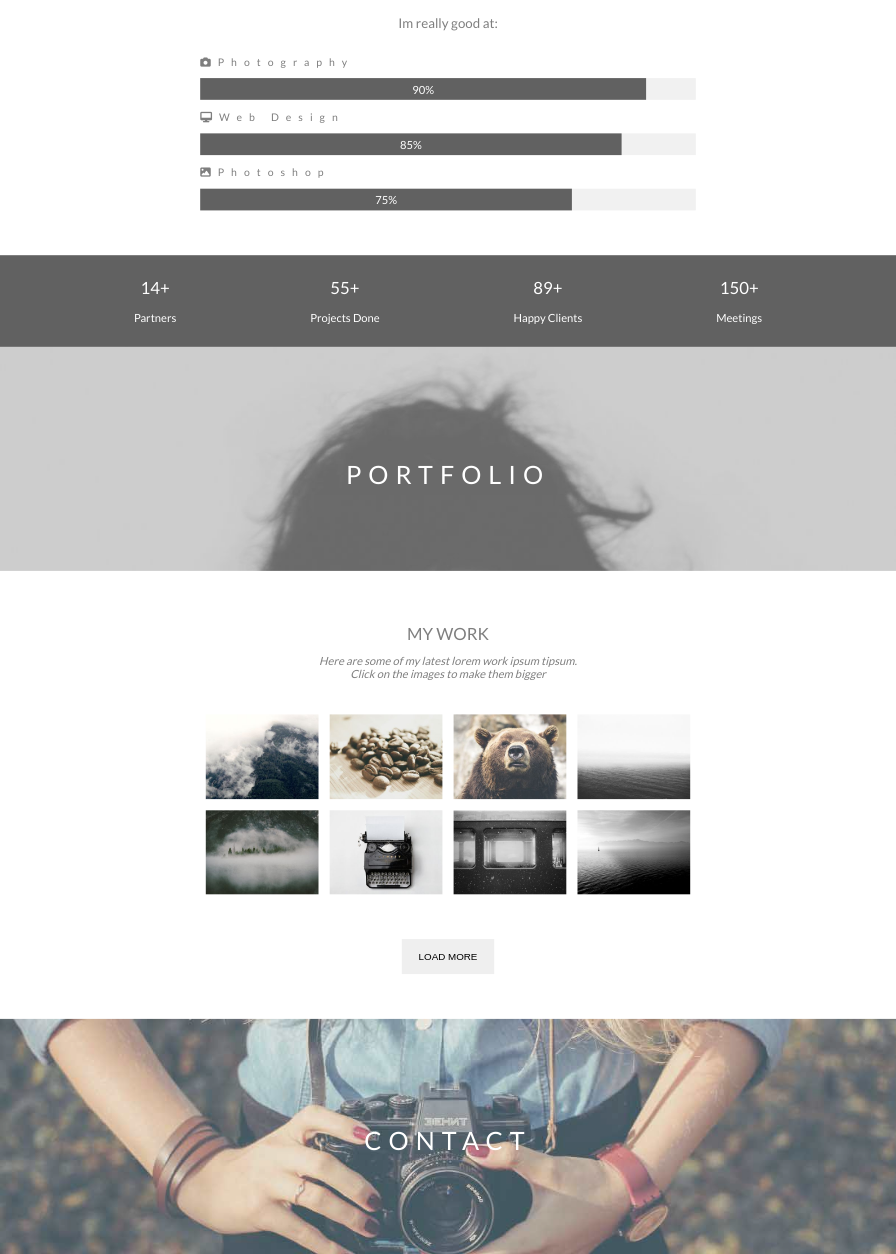
Repository: xd25vn/project-error
Page: index.html
These files come from the project's save history. The page is drawn as it stood at one moment and after the next save; the edit follows.
The browser window is 1280 px wide. The pictures show the part of the page from y = 1471 to 3391 px (the page is 3263 px tall before and 3391 px after), at 70% of full size.

Above is the page before, as saved 2023-09-03 17:15:52.

### index.html
<html lang="en">
<head>
    <meta charset="UTF-8">
    <meta name="viewport" content="width=device-width, initial-scale=1.0">
    <title>TEMPLATE PARALLAX</title>
    <link rel="stylesheet" href="./assets/base.css">
    <link rel="stylesheet" href="./assets/main.css">
    <link rel="stylesheet" href="https://fonts.googleapis.com/css?family=Lato">
    <link rel="stylesheet" href="./assets/font/fontawesome-free-6.4.0-web/fontawesome-free-6.4.0-web/css/all.min.css">
</head>
<body>
    <!--! HEADER -->
    <header>
        <!--? NAV -->
        <ul id="nav">
            <li><a href="#">Home</a></li>
            <li><a href="#"><i class="fa-solid fa-user"></i>About</a></li>
            <li><a href="#"><i class="fa fa-th"></i>Portfolio</a></li>
            <li><a href="#"><i class="fa-solid fa-envelope"></i>contact</a></li>
        </ul>
        <div class="nav-icon-search">
            <i class="fa-solid fa-magnifying-glass"></i>
        </div>
        <!--? NAV -->
    </header>
    <!--! HEADER -->
    <!--& SIDEBAR -->
    <div id="sidebar">
        <div class="sidebar-img-one"></div>
        <div class="sidebar-text-one">
            <span>MY WEBSITE LOGO</span>
        </div>
    </div>
    <!-- & SIDEBAR -->
    <div id="content">
        <div id="about">
            <h3 class="heading-section">ABOUT ME</h3>
            <p class="sub-heading-section">I love photography</p>
            <p class="about-section">We have created a fictional "personal" website/blog, and our fictional character is a hobby photographer. Lorem ipsum dolor sit amet, consectetur adipiscing elit, sed do eiusmod tempor incididunt ut labore et dolore magna aliqua. Ut enim ad minim veniam, quis nostrud exercitation ullamco laboris nisi ut aliquip ex ea commodo consequat. Duis aute irure dolor in reprehenderit in voluptate velit esse cillum dolore eu fugiat nulla pariatur. Excepteur sint occaecat cupidatat non proident, sunt in culpa qui officia deserunt mollit anim id est laborum consectetur adipiscing elit, sed do eiusmod tempor incididunt ut labore et dolore magna aliqua. Ut enim ad minim veniam, quis nostrud exercitation ullamco laboris nisi ut aliquip ex ea commodo consequat.</p>

            <div id="per-dec-one">
                <div class="per-img-one">
                    <div class="heading-per-one">
                        <b><i class="fa fa-user w3-margin-right"></i>My Name</b>
                    </div>
                    <br>
                    <div class="per-img">
                        <img src="./assets/image/per-dec-img/avatar_hat.jpg" alt="AVATER HAT">
                    </div>
                </div>

                <div class="per-text-one">
                    <p>Welcome to my website. I am lorem ipsum consectetur adipiscing elit, sed do eiusmod tempor incididunt ut labore et dolore magna aliqua. Ut enim ad minim veniam, quis nostrud exercitation ullamco laboris nisi ut aliquip ex ea commodo consequat. Duis aute irure dolor in reprehenderit in voluptate velit esse cillum dolore eu fugiat nulla pariatur. Excepteur sint occaecat cupidatat non proident, sunt in culpa qui officia deserunt mollit anim id est laborum consectetur adipiscing elit, sed do eiusmod tempor incididunt ut labore et dolore magna aliqua. Ut enim ad minim veniam, quis nostrud exercitation ullamco laboris nisi ut aliquip ex ea commodo consequat.</p>
                </div>
            </div>

            <div class="rate">
                <div class="rate-heading-one">
                        <p>Im really good at:</p>
                </div>
                <div class="wrapper-rate">
                    <div class="rate-section">
                        <div class="rate-section-text-one">
                            <p><i class="fa-solid fa-camera"></i>Photography</p>
                        </div>
                        <div class="rate-section-bg">
                            <div class="rate-section-sub-bg-one">
                                <p>90%</p>
                            </div>
                        </div>
                    </div>

                    <div class="rate-section">
                        <div class="rate-section-text-one">
                            <p><i class="fa-sharp fa-solid fa-desktop"></i>Web Design</p>
                        </div>
                        <div class="rate-section-bg">
                            <div class="rate-section-sub-bg-two">
                                <p>85%</p>
                            </div>
                        </div>
                    </div>

                    <div class="rate-section">
                        <div class="rate-section-text-one">
                            <p><i class="fa-solid fa-image"></i>Photoshop</p>
                        </div>
                        <div class="rate-section-bg">
                            <div class="rate-section-sub-bg-three">
                                <p>75%</p>
                            </div>
                        </div>
                    </div>
                </div>
            </div>
        </div>

        <div class="sum-number">
            <div class="value-section">
                <p class="heading-value">14+</p><br>
                <p>Partners</p>
            </div>

            <div class="value-section">
                <p class="heading-value">55+</p><br>
                <p>Projects Done</p>
            </div>

            <div class="value-section">
                <p class="heading-value">89+</p><br>
                <p>Happy Clients</p>
            </div>

            <div class="value-section">
                <p class="heading-value">150+</p><br>
                <p>Meetings</p>
            </div>
        </div>

        <div class="portfolio">
            <div class="heading-text">
                <p>PORTFOLIO</p>
            </div>
        </div>

        <div id="my-work">
            <div class="heading-work-one">
                <h3>MY WORK</h3>
            </div>

            <div class="sub-heading-work-one">
                <p>Here are some of my latest lorem work ipsum tipsum.<br>
                    Click on the images to make them bigger</p>
            </div>
            <br>
            <div class="work-list-img">
                <div class="work-list-img-one">
                    <div class="work-img-com">
                        <img src="./assets/image/work-list-img/p1.jpg" style="width: 100%;" alt="NONE">
                    </div>

                    <div class="work-img-com">
                        <img src="./assets/image/work-list-img/p2.jpg" style="width: 100%;" alt="NONE">
                    </div>

                    <div class="work-img-com">
                        <img src="./assets/image/work-list-img/p3.jpg" style="width: 100%;" alt="NONE">
                    </div>

                    <div class="work-img-com">
                        <img src="./assets/image/work-list-img/p4.jpg" style="width: 100%;" alt="NONE">
                    </div>
                </div>
                <div class="work-list-img-two">
                    <div class="work-img-com">
                        <img src="./assets/image/work-list-img/p5.jpg" style="width: 100%;" alt="NONE">
                    </div>

                    <div class="work-img-com">
                        <img src="./assets/image/work-list-img/p6.jpg" style="width: 100%;" alt="NONE">
                    </div>

                    <div class="work-img-com">
                        <img src="./assets/image/work-list-img/p7.jpg" style="width: 100%;" alt="NONE">
                    </div>

                    <div class="work-img-com">
                        <img src="./assets/image/work-list-img/p8.jpg" style="width: 100%;" alt="NONE">
                    </div>
                </div>
                <div class="work-btn">
                    <button>LOAD MORE</button>
                </div>
            </div>
        </div>

        <div id="contact">
            <p>CONTACT</p>
        </div>

        <div id="map-work">

        </div>
    </div>

    <footer id="footer">

    </footer>
</body>
</html>

### assets/base.css
* {
    margin: 0;
    padding: 0;
    box-sizing: border-box;
}
body {
    background-color: #fff;
    font-family: "Lato", sans-serif;
}

### assets/main.css
header {
    height: 43px;
    width: 100%;
    background-color: #fff;
    box-shadow: 0 0 10px rgba(0, 0, 0, 0.6);
    position: fixed;
    z-index: 1;
}

header #nav {
    display: flex;
    list-style: none;
    align-items: center;
    position: relative;
}

header #nav li {
    padding: 14px 16px;
    display: block;
}

header #nav li i {
    padding-right: 4px;
}

header
#nav
li a {
    text-decoration: none;
    color: #000;
    font-size: 15px;
    text-transform: uppercase;
}

header
#nav
li:hover {
    background: #ccc;
    cursor: pointer;
}

header
.nav-icon-search
i {
    position: absolute;
    top: 0;
    right: 0;
    padding: 14px 16px;
    text-align: center;
}

header .nav-icon-search:hover i {
    background-color: #f44336 !important;
    color: #fff;
    display: block;
    cursor: pointer;
}

#sidebar .sidebar-img-one {
    background: url(../assets/image/sidebar1.jpg) center / cover no-repeat;
    padding-top: calc(27% - 10.18px);
    opacity: 0.7;
    position: relative;
}

#sidebar .sidebar-text-one {
    background-color: #000 !important;
    position: absolute;
    padding: 12px 24px;
    left: 50%;
    transform: translateX(-50%);
    top: 23%;
    opacity: 0.8;
}

#sidebar .sidebar-text-one span {
    color: #fff;
    font-size: 24px;
    letter-spacing: 10;
}

#content #about {
    margin: 0px 270px;
    padding: 64px 16px;
}

#content #about .heading-section {
    margin: 10px 0px;
    font-size: 24px;
    font-weight: 400;
    text-align: center;
    opacity: 0.5;
}

#content #about .sub-heading-section {
    margin: 15px 0px;
    font-style: italic;
    text-align: center;
    opacity: 0.5;
}

#content #about .about-section {
    margin: 15px 0px;
    line-height: 1.8;
    opacity: 0.5;
}

#content #per-dec-one {
    display: flex;
}

#content #per-dec-one .per-img-one {
    padding: 12px 24px;
    text-align: center;
}

#content #per-dec-one .per-img-one .heading-per-one {
    margin: 15px 0px;
    font-size: 15px;
    opacity: 0.5;
}

#content #per-dec-one .per-img-one .heading-per-one i {
    padding-right: 8px;
}

#content #per-dec-one .per-img {
    width: 100%;
}

#content #per-dec-one .per-img img {
    height:  284px;
    width: 426px;
    opacity: 0.5;
}

#content #per-dec-one .per-img-one .per-img img:hover {
    opacity: 1;
}

#content #per-dec-one .per-text-one {
    margin: 15px 0;
    padding: 12px 24px;
    opacity: 0.5;
}

#content #per-dec-one .per-text-one p {
    line-height: 1.5;
}

#content .rate .rate-heading-one {
    margin: 18px 0px;
    padding: 16px 0px;
    text-align: center;
}

#content .rate .rate-heading-one p {
    font-size: 19px;
    opacity: 0.5;
}

.rate .rate-section .rate-section-text-one {
    margin: 15px 0;
}

.rate .rate-section .rate-section-text-one p {
    letter-spacing: 10px;
    font-size: 15px;
    opacity: 0.5;
}

.rate .rate-section .rate-section-bg {
    background-color: #f1f1f1;
    width: 100%;
}

.rate .rate-section .rate-section-bg .rate-section-sub-bg-one {
    background-color: #616161;
    width: 90%;
    padding: 6px 8px;
    text-align: center;
}

.rate .rate-section .rate-section-bg .rate-section-sub-bg-two {
    background-color: #616161;
    width: 85%;
    padding: 6px 8px;
    text-align: center;
}

.rate .rate-section .rate-section-bg .rate-section-sub-bg-three {
    background-color: #616161;
    width: 75%;
    padding: 6px 8px;
    text-align: center;
}

.rate .rate-section .rate-section-bg p {
    color: #fff;
}

#content .sum-number {
    display: flex;
    justify-content: space-evenly;
    background-color: #616161;
    padding: 16px 0px;
    text-align: center;
}

#content .sum-number .value-section {
    color: #fff;
    margin: 16px 0px;
}

#content .sum-number .value-section .heading-value {
    font-size: 24px;
}

#content .portfolio {
    background: url(../assets/image/parallax2.jpg) center / cover no-repeat;
    padding-top: 25%;
    width: 100%;
    opacity: 0.8;
    position: relative;
}

#content .portfolio .heading-text {
    position: absolute;
    top: 50%;
    left: 50%;
    transform: translateY(-50%);
    transform: translateX(-50%);
}

#content .portfolio .heading-text p {
    color: #fff;
    font-size: 36px;
    letter-spacing: 10px;
}

#content #my-work {
    margin: 0px 270px;
    padding: 64px 16px;
}

#content #my-work .heading-work-one {
    margin: 10px 0px;
    text-align: center;
}

#content #my-work .heading-work-one h3 {
    font-size: 24px;
    font-weight: 400;
    opacity: 0.5;
}

#content #my-work .sub-heading-work-one {
    text-align: center;
    margin: 15px 0px;
}

#content #my-work .sub-heading-work-one p {
    font-style: italic;
    opacity: 0.5;
}

#content #my-work .work-list-img .work-img-com {
    padding: 0px 8px;
    width: 25%;
}

#content #my-work .work-list-img .work-img-com:hover img {
    opacity: 0.7;
}

#content #my-work .work-list-img .work-list-img-one {
    display: inline-flex;
    margin-top: 15px;
}

#content #my-work .work-list-img .work-list-img-two {
    display: inline-flex;
    margin-top: 16px;
}

#content #my-work .work-btn {
    margin-top: 64px;
    text-align: center;
}

#content #my-work .work-btn button:hover {
    background-color: #ccc;
}

#content #my-work .work-btn button {
    padding: 17px 24px;
    border: none;
    cursor: pointer;
    font-size: 14px;
}

#content #contact {
    background: url(../assets/image/contact.jpg) center / cover no-repeat;
    width: 100%;
    padding-top: calc(27% - 10.18px);
    opacity: 0.8;
    position: relative;
}

#content #contact p {
    position: absolute;
    left: 50%;
    transform: translateX(-50%);
    top: 45%;
    letter-spacing: 10;
    font-size: 36px;
    color: white;
}

Loaded but not shown: assets/font/fontawesome-free-6.4.0-web/fontawesome-free-6.4.0-web/css/all.min.css (library)

After the next save:
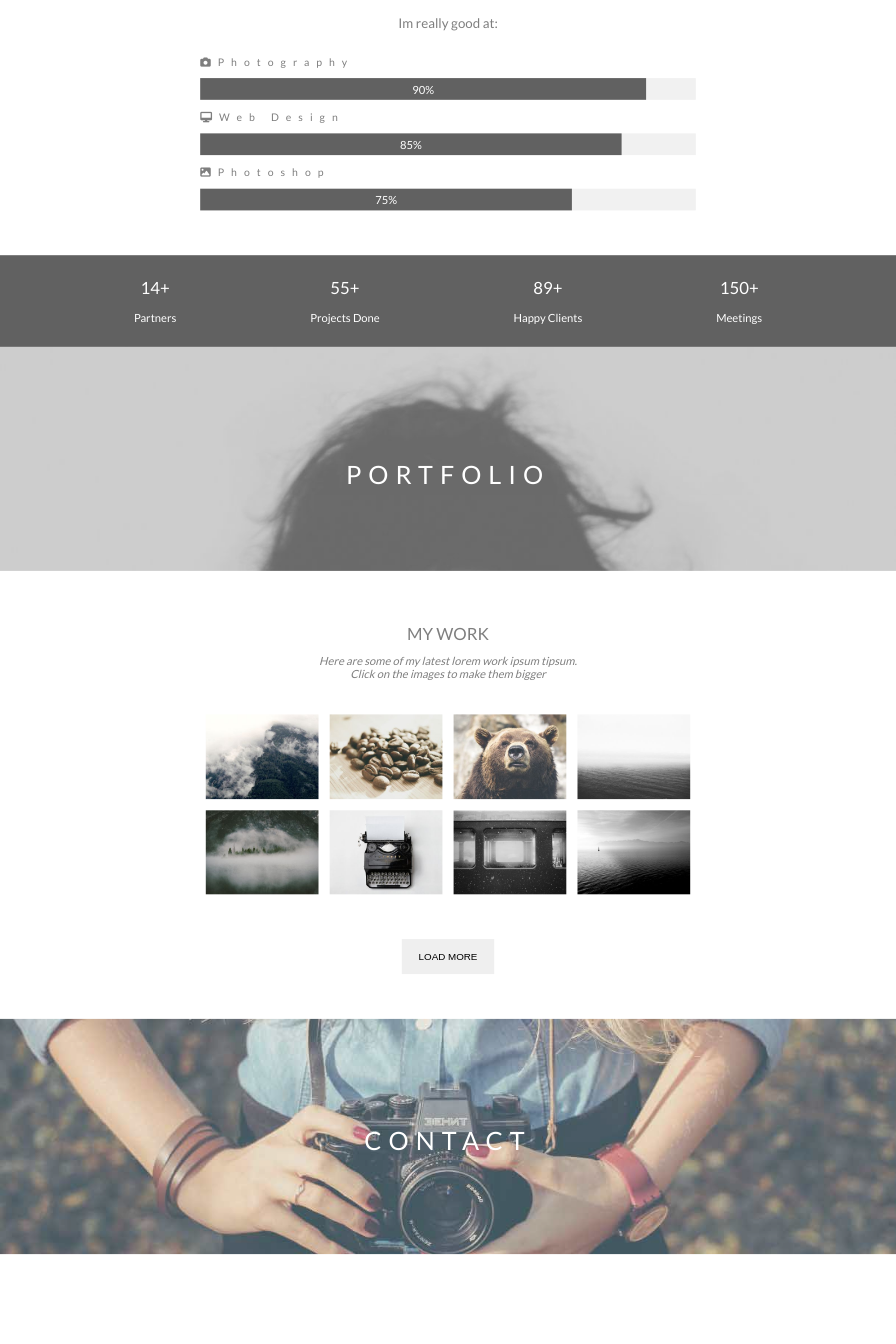
Saved 74 s later.
--- a/assets/main.css
+++ b/assets/main.css
@@ -316,3 +316,8 @@ header .nav-icon-search:hover i {
     font-size: 36px;
     color: white;
 }
+
+#content #map-work {
+    margin: 0px 270px;
+    padding: 64px 16px;
+}
